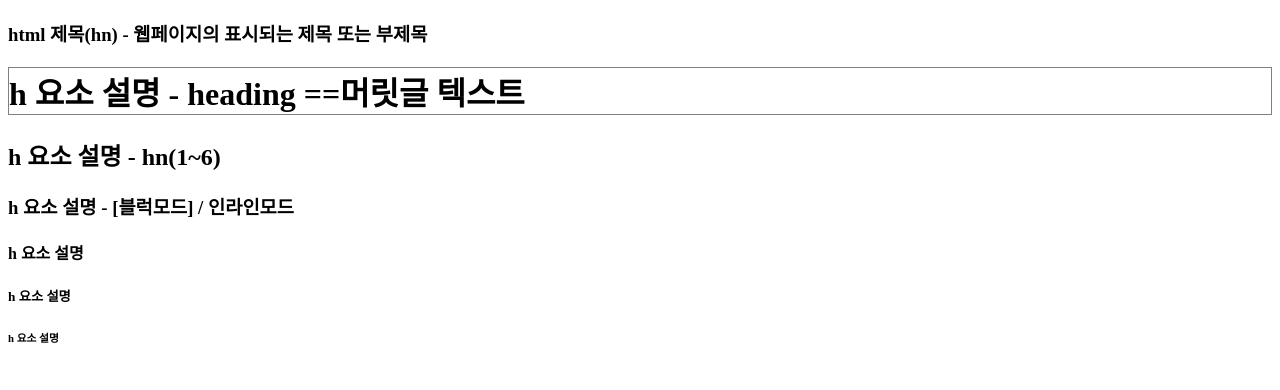
Repository: donggri1/WORKSPACE
Page: WebClass/webPro/src/main/webapp/html/days02/ex02.html
An editor plug-in stored every save of this project. The page is shown before and after the next save, followed by the edit.
The browser window is 1280 px wide. The pictures show the whole page.

Above is the page before, as saved 2024-03-25 01:19:25.

### WebClass/webPro/src/main/webapp/html/days02/ex02.html
<!DOCTYPE html>
<html>
<head>
<meta charset="UTF-8">
<title>Insert title here</title>
<style>
	/* CSS 주석처리 */
	/* CSS 스타일 적용 태그 */
	/*
	스타일 적용 대상{	==	select == 선택자
		스타일 속성:속성값;
		스타일 속성:속성값;
		스타일 속성:속성값;
		스타일 속성:속성값;
	}
	*/
	h1 {
		border: solid 1px gray; /* 테두리속성 : 실선 굵기 색깔 */
	}
</style>
</head>
<body>
	<h3>html 제목(hn) - 웹페이지의 표시되는 제목 또는 부제목 </h3>

<!-- http://koxo.com/ -->
<!--h$*6>{ h 요소 설명}   -->
<h1> h 요소 설명 - heading ==머릿글 텍스트</h1>
<h2> h 요소 설명 - hn(1~6)</h2>
<h3> h 요소 설명 - [블럭모드] / 인라인모드</h3>
<h4> h 요소 설명</h4>
<h5> h 요소 설명</h5>
<h6> h 요소 설명</h6>
</body>
</html>

After the next save:
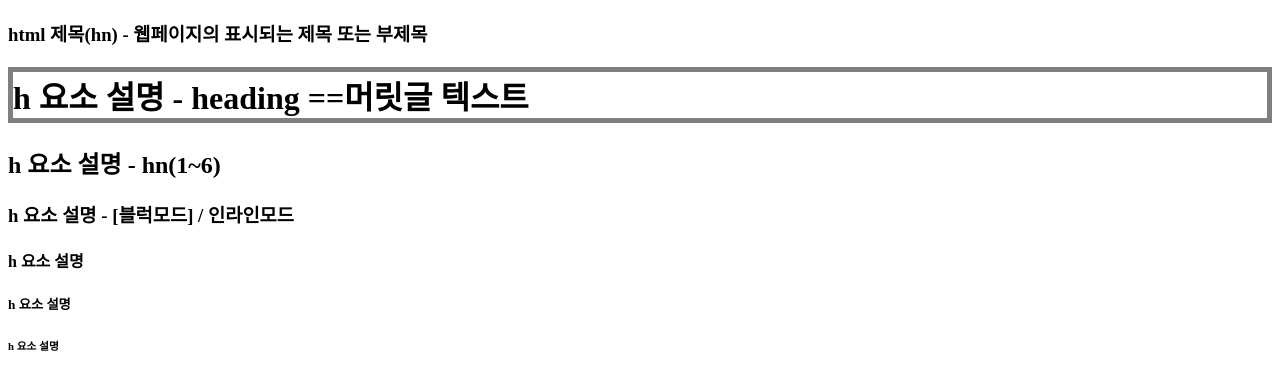
Saved 12 s later.
--- a/WebClass/webPro/src/main/webapp/html/days02/ex02.html
+++ b/WebClass/webPro/src/main/webapp/html/days02/ex02.html
@@ -15,7 +15,7 @@
 	}
 	*/
 	h1 {
-		border: solid 1px gray; /* 테두리속성 : 실선 굵기 색깔 */
+		border: solid 5px gray; /* 테두리속성 : 실선 굵기 색깔 */
 	}
 </style>
 </head>
